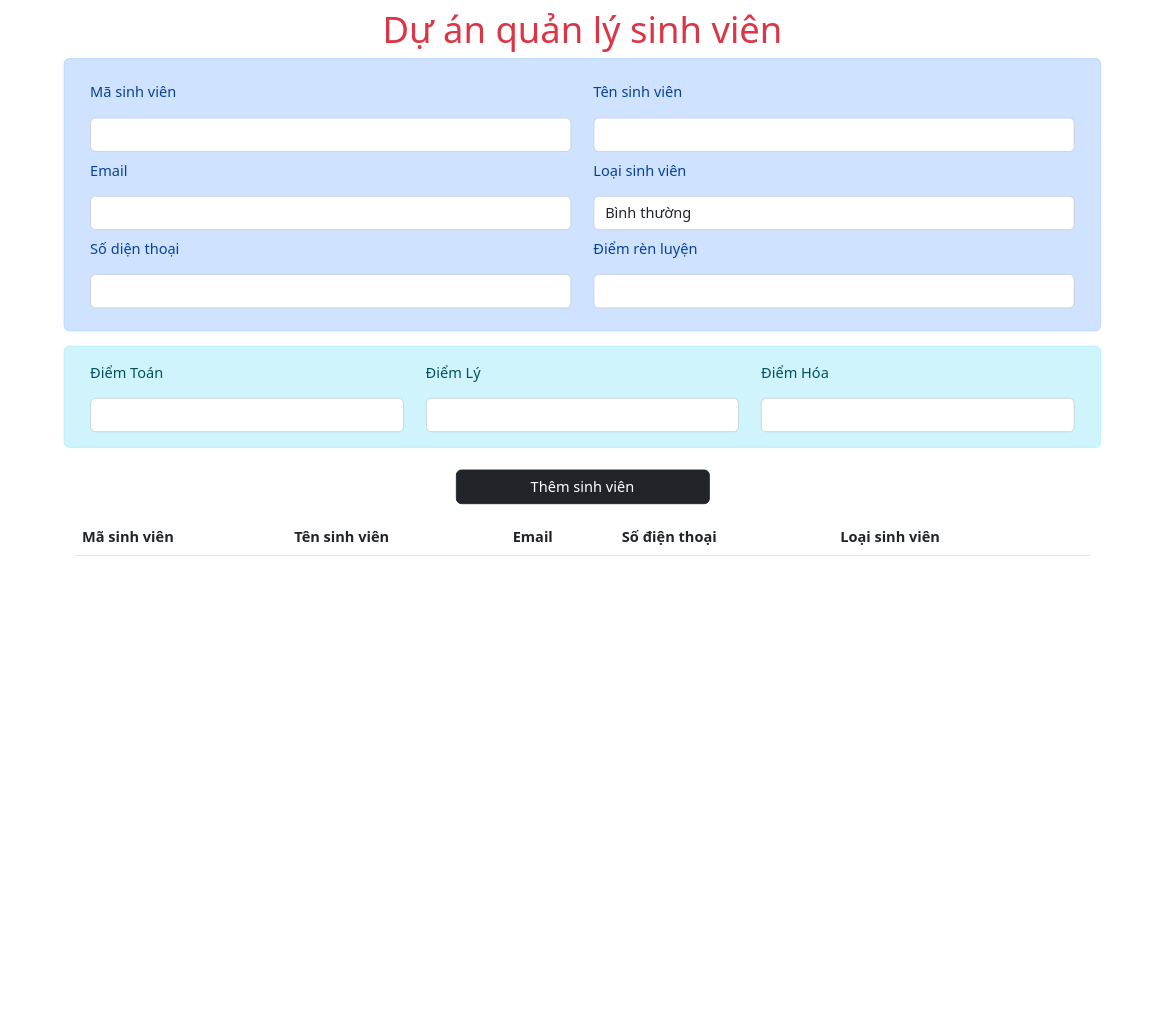
Repository: hcozyph/Cybersoft_JS_OOP
Page: index.html
An editor plug-in stored every save of this project. The page is shown before and after the next save, followed by the edit.
The browser window is 1280 px wide. The pictures show the whole page, at 91% of full size.

Above is the page before, as saved 2023-02-26 09:34:22.

After the next save:
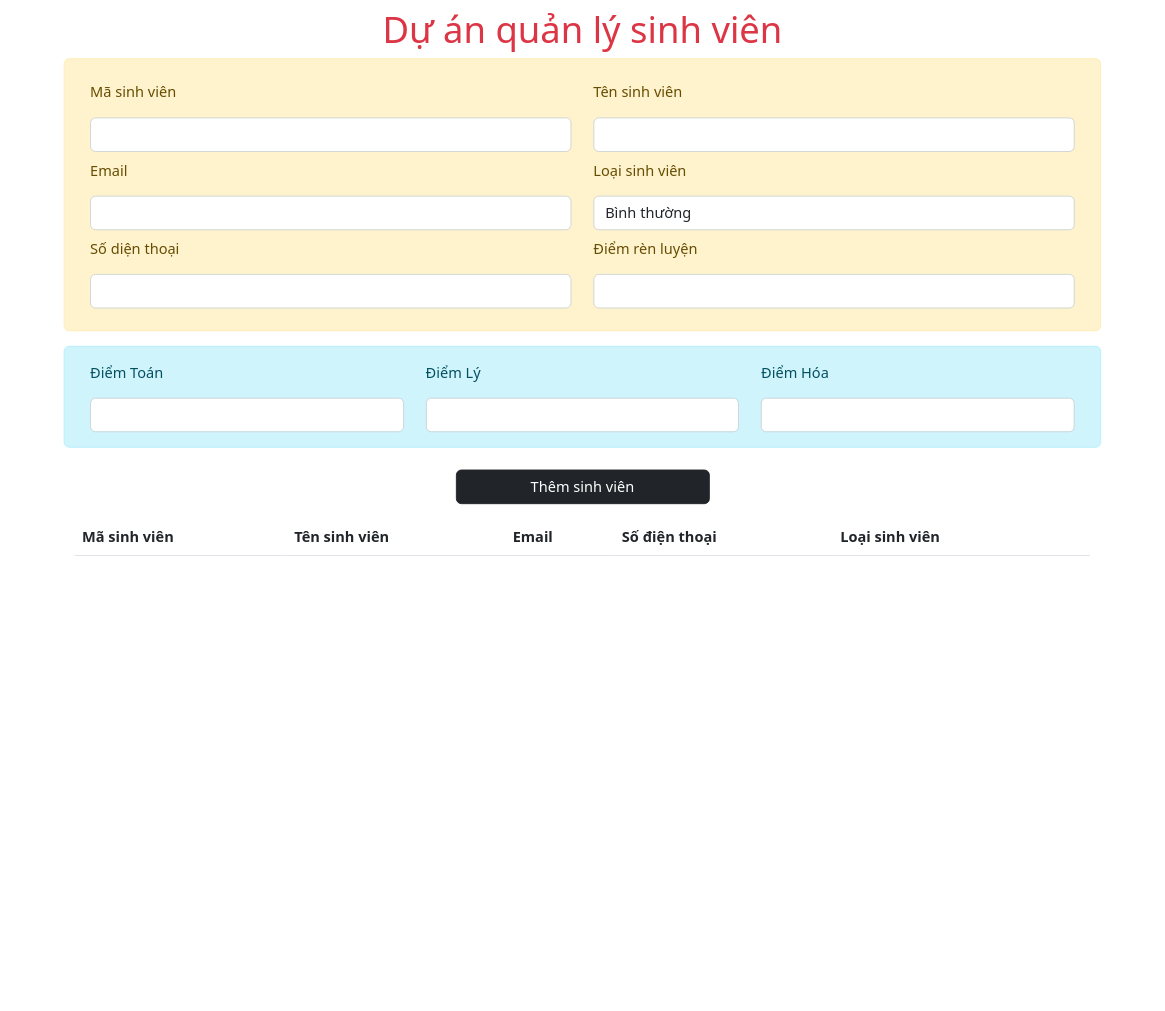
Saved 13 s later.
--- a/index.html
+++ b/index.html
@@ -30,7 +30,7 @@
             </div>
 
             <div class="content">
-                <div class="row alert alert-primary">
+                <div class="row alert alert-warning">
                     <div class="col-md-6 col-lg-6">
                         <div class="form-group my-2">
                             <p>Mã sinh viên</p>
